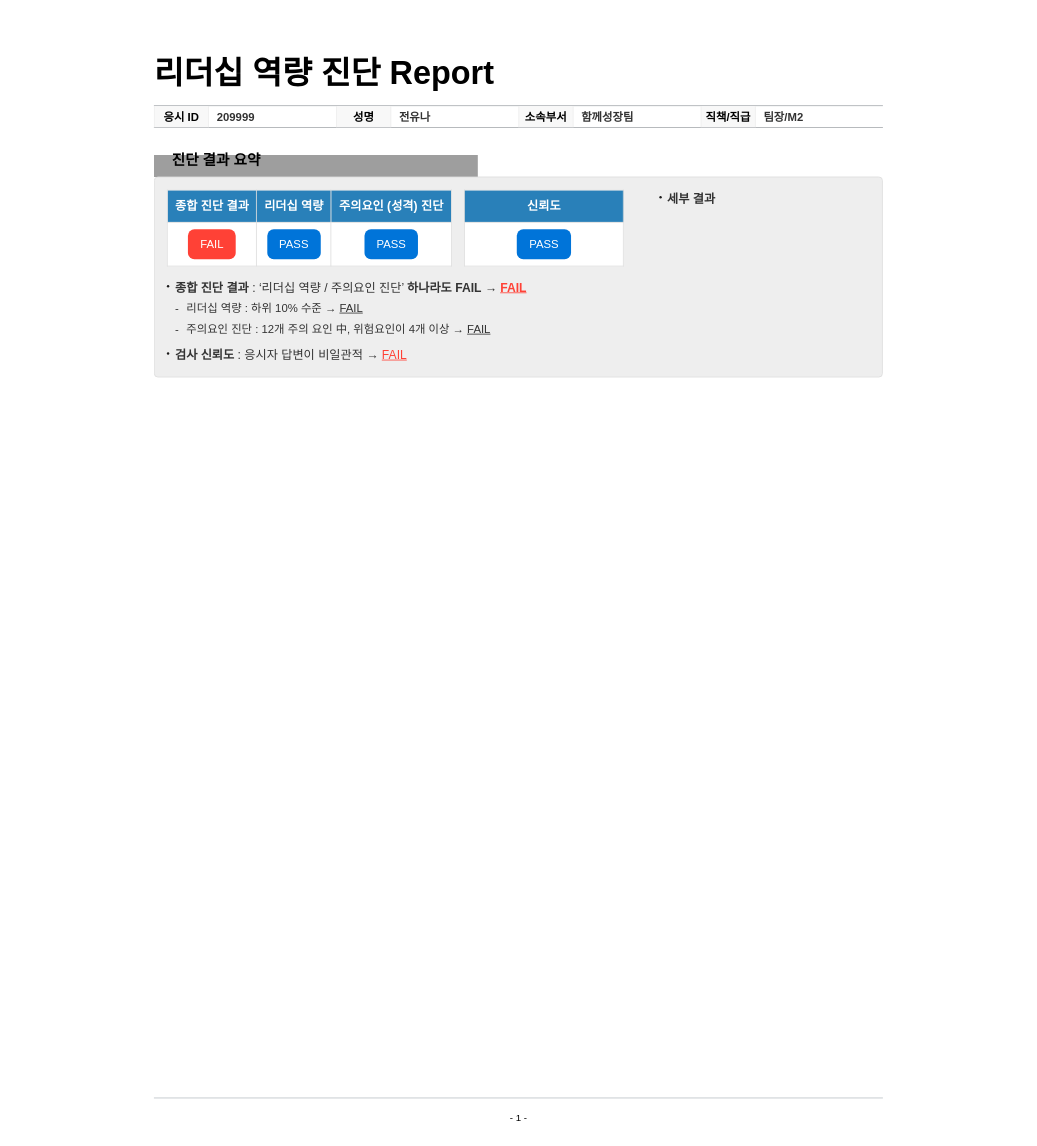
Repository: richosj/report
Page: index.html
These files come from the project's save history. The page is drawn as it stood at one moment and after the next save; the edit follows.
The browser window is 1280 px wide. The pictures show the whole page, at 81% of full size.
Pictures or frames that could not be fetched are drawn as grey boxes. Some web fonts or font styles are not loaded; a fallback is used. The style sheet was rebuilt from its Sass, Less or Tailwind sources for each picture, by a compiler version that may differ from the author's.

Above is the page before, as saved 2024-09-21 22:08:31.

### index.html
<!DOCTYPE html>
<!-- saved from url=(0068)https://hrms.wiselection.com/tools/project/write/personal_report.asp -->
<html xmlns="http://www.w3.org/1999/xhtml"><head><meta http-equiv="Content-Type" content="text/html; charset=UTF-8">

<meta http-equiv="Content-Script-Type" content="text/javascript">
<meta http-equiv="Content-Style-Type" content="text/css">
<title>개인레포트</title>
<link rel="stylesheet" href="https://cdn.jsdelivr.net/gh/orioncactus/pretendard/dist/web/static/pretendard.css" />
<link rel="stylesheet" href="./assets/default.css">
<link rel="stylesheet" href="./assets/common.css">
<link rel="stylesheet" href="./assets/style.css">
<script src="./assets/jquery.min.js"></script>
<script src="./assets/tools.common.js"></script>
<script src="./assets/waitMe.min.js"></script>
<script src="./assets/highcharts.js"></script>
<script src="./assets/highcharts-more.js"></script>
<script src="./assets/exporting.js"></script>
</head>
<body>
<div id="wrap">
    <!-- page 1 Start -->
    <div id="page_layout" data-page="1page">
        <div class="page_in">
            <header class="header" id="header">
                <div class="header_tit">
                    <h1 class="page_title">리더십 역량 진단 Report</h1>
                </div>
                <div class="header_infor">
					<dl><dt>응시 ID</dt><dd class="al_left">209999</dd></dl>
					<dl><dt>성명</dt><dd class="al_left">전유나</dd></dl>
					<dl><dt>소속부서</dt><dd class="al_left">함께성장팀</dd></dl>
					<dl><dt>직책/직급</dt><dd class="al_left">팀장/M2</dd></dl>
  				</div>
            </header>
            <!-- header -->
            <div id="container">
                <div class="section">
                    <h2 class="page_title2">진단 결과 요약</h2>

                    <div class="alert-bg alert-bg-gray page1-content1">
                        <div class="child1">
                            <div class="child1-1">
                                <table class="simple-table">
                                    <thead>
                                        <tr>
                                            <th>종합 진단 결과</th>
                                            <th>리더십 역량</th>
                                            <th>주의요인 (성격) 진단</th>
                                        </tr>
                                    </thead>
                                    <tbody>
                                        <tr>
                                            <td>
                                                <span class="badge badge-danger">FAIL</span>
                                            </td>
                                            <td>
                                                <span class="badge badge-primary">PASS</span>
                                            </td>
                                            <td>
                                                <span class="badge badge-primary">PASS</span>
                                            </td>
                                        </tr>
                                    </tbody>
                                </table>
                            </div>
                            <div class="child1-2">
                                <table class="simple-table">
                                    <thead>
                                        <tr>
                                            <th>신뢰도</th>
                                        </tr>
                                    </thead>
                                    <tbody>
                                        <tr>
                                            <td>
                                                <span class="badge badge-primary">PASS</span>
                                            </td>
                                        </tr>
                                    </tbody>
                                </table>
                            </div>

                            <div class="child1-3">
                                <ul class="list-round">
                                    <li><b>종합 진단 결과</b> : ‘리더십 역량 / 주의요인 진단’ <b>하나라도 FAIL → <span class="u color-danger">FAIL</span></b>
                                        <ul class="list-dash">
                                            <li>리더십 역량 : 하위 10% 수준 → <span class="u">FAIL</span></li>
                                            <li>주의요인 진단 : 12개 주의 요인 中, 위험요인이 4개 이상 → <span class="u">FAIL</span></li>
                                        </ul>
                                    </li>
                                    <li><b>검사 신뢰도</b> : 응시자 답변이 비일관적 → <span class="u color-danger">FAIL</span></li>
                                </ul>
                            </div>

                        </div>
                        <div class="child2">
                            <h3 class="page-title3">세부 결과</h3>

                        </div>
                    </div>

                </div>

            </div>
            <!-- container -->
            <div id="footer">
                <p>- 1 -</p>
            </div>
            <!-- page -->
        </div>
    </div>
    <!-- e: page_layout -->
</div>
<!-- e: wrap -->
</body>
</html>

### assets/default.css
@charset "utf-8";


/* defalut */
html, body, address, blockquote, div, dl, form, h1, h2, h3, h4, h5, h6, ol, p, pre, table, ul,
dd, dt, li, tbody, td, tfoot, th, thead, tr, button, del, ins, map, object,
a, abbr, acronym, b, bdo, big, br, cite, code, dfn, em, i, img, kbd, q, samp, small, span,
strong, sub, sup, tt, var, legend, fieldset {margin:0;padding:0;font-family:"Pretendard", Malgun Gothic,'malgun',"돋움",Dotum,Arial,sans-serif;}

dl,ul,li {list-style:none;line-height: 100%;}
img {/*max-width:100%;*/height:auto;vertical-align:top;border:0 none;}
table {border-collapse:collapse;border-spacing:0;}
caption {width:0px;height:0px;line-height:0;overflow:hidden;font-size:0px;visibility:hidden;}
fieldset {border:0 none;}

a {color:#333;text-decoration:none;}
a:hover {text-decoration:none;}
button {border:0 none;background:none;cursor:pointer;}

html,body {line-height:150%;font-size:14px;font-family: "Pretendard", Malgun Gothic,'malgun',"돋움",Dotum,Arial,sans-serif;color:#333;letter-spacing:0em;}

table,input,textarea,select,legend {
	font-family:"Pretendard", Malgun Gothic,'malgun',"돋움",Dotum,Arial,sans-serif;
	font-size:12px;color:#333;
}
pre {
	font-family:"Pretendard", Malgun Gothic,'malgun',"돋움",Dotum,Arial,sans-serif;
	font-size:14px;color:#333;
}
code {font:inherit;}
* { box-sizing: border-box; }

### assets/style.scss
@import url("./custom.css");

$primary: #0074d9;
$danger: #ff4136;
$gap: 15px;



.u{
    text-decoration: underline;
}

.color-danger{
    color: $danger;
}


/*  배경 */
.alert-bg{
    border-radius: 5px;
    padding: 15px;
    border: 1px solid #ddd;
    &-gray{
        background-color: #eee;
    }
}

.badge{
    display: inline-flex;
    align-items: center;
    justify-content: center;
    height: 37px;
    padding: 0 15px;
    border-radius: 8px;
    color: #fff;
    font-size: 14px;
    font-weight: 500;
    &-danger{
        background-color: $danger;
    }
    &-primary{
        background-color: $primary;
    }
}


table.simple-table {
    width: 100%;
    border-collapse: collapse;
    background-color: #fff;
}

table.simple-table th, table.simple-table td {
    border: 1px solid #ddd;
    padding: 8px;
    text-align: center;
    font-size: 15px;
}

table.simple-table th {
    background-color: #2980B9;
    color: white;
    font-size: 15px;
}

table.simple-table tr:nth-child(even) {
    background-color: #f2f2f2;
}
table.modern-table {
    width: 100%;
    border-collapse: collapse;
    box-shadow: 0 2px 5px rgba(0,0,0,0.15);
}

table.modern-table th, table.modern-table td {
    padding: 12px;
    border-bottom: 1px solid #ddd;
}

table.modern-table th {
    background-color: #34495E;
    color: white;
    font-weight: bold;
}

table.modern-table tr:nth-child(even) {
    background-color: #f9f9f9;
}


table.minimal-table {
    width: 100%;
    border: none;
    border-spacing: 0;
}

table.minimal-table th, table.minimal-table td {
    padding: 10px;
    text-align: left;
}

table.minimal-table tr:nth-child(even) {
    background-color: #f2f2f2;
}

table.minimal-table th {
    border-bottom: 2px solid #2980B9;
    font-size: 1.1rem;
}

.page-title3{
    position: relative;
    padding-left: 10px;
    line-height: 1.5;
    font-size: 15px;
    &::after{
        content:"";
        display: block;
        position: absolute;
        width: 3px;height: 3px;
        background-color: #1a1919;
        border-radius: 50%;
        left: 0;
        top: 8px;
    }
}

.list-round{
    > li{
        position: relative;
        padding-left: 10px;
        line-height: 1.5;
        font-size: 15px;
        &::after{
            content:"";
            display: block;
            position: absolute;
            width: 3px;height: 3px;
            background-color: #1a1919;
            border-radius: 50%;
            left: 0;
            top: 8px;
        }
        &:not(:first-child){
            margin-top: 10px;
        }
        .list-dash{
            margin-top: 4px;
        }
    }
}
.list-dash{
    > li{
        line-height: 1.5;
        position: relative;
        font-size: 14px;
        padding-left: 14px;
        &::after{
            content:"-";
            display: block;
            position: absolute;
            left: 0;
            top: 0;
        }
        &:not(:first-child){
            margin-top: 5px;
        }
    }
}

/* .page1-content1 */
.page1-content1{
    display: flex;
    align-items: flex-start;
    justify-content: space-between;
    gap: 0 5%;
    .child1{
        display: flex;
        align-items: flex-start;
        gap: $gap;
        width: 65%;
        flex-wrap: wrap;
        .child1-1{
            width: calc(65% - $gap);
        }
        .child1-2{
            width: 35%;
        }
        .child1-3{
            width: 100%;
        }
    }
    .child2{
        width: 30%;
    }
}

### assets/custom.scss

.header_infor dl{
    dt{
        background-color: #f8f8f8;
        border-left: 1px solid #eee;
        border-right: 1px solid #eee;
    }
    dd{
        padding-left: 10px;
    }
}

Loaded but not shown: assets/jquery.min.js (library); assets/waitMe.min.js (library); assets/highcharts.js (library); assets/highcharts-more.js (library); assets/exporting.js (library); assets/tools.common.js (1277 lines, source omitted); assets/common.css (849 lines, source omitted)

After the next save:
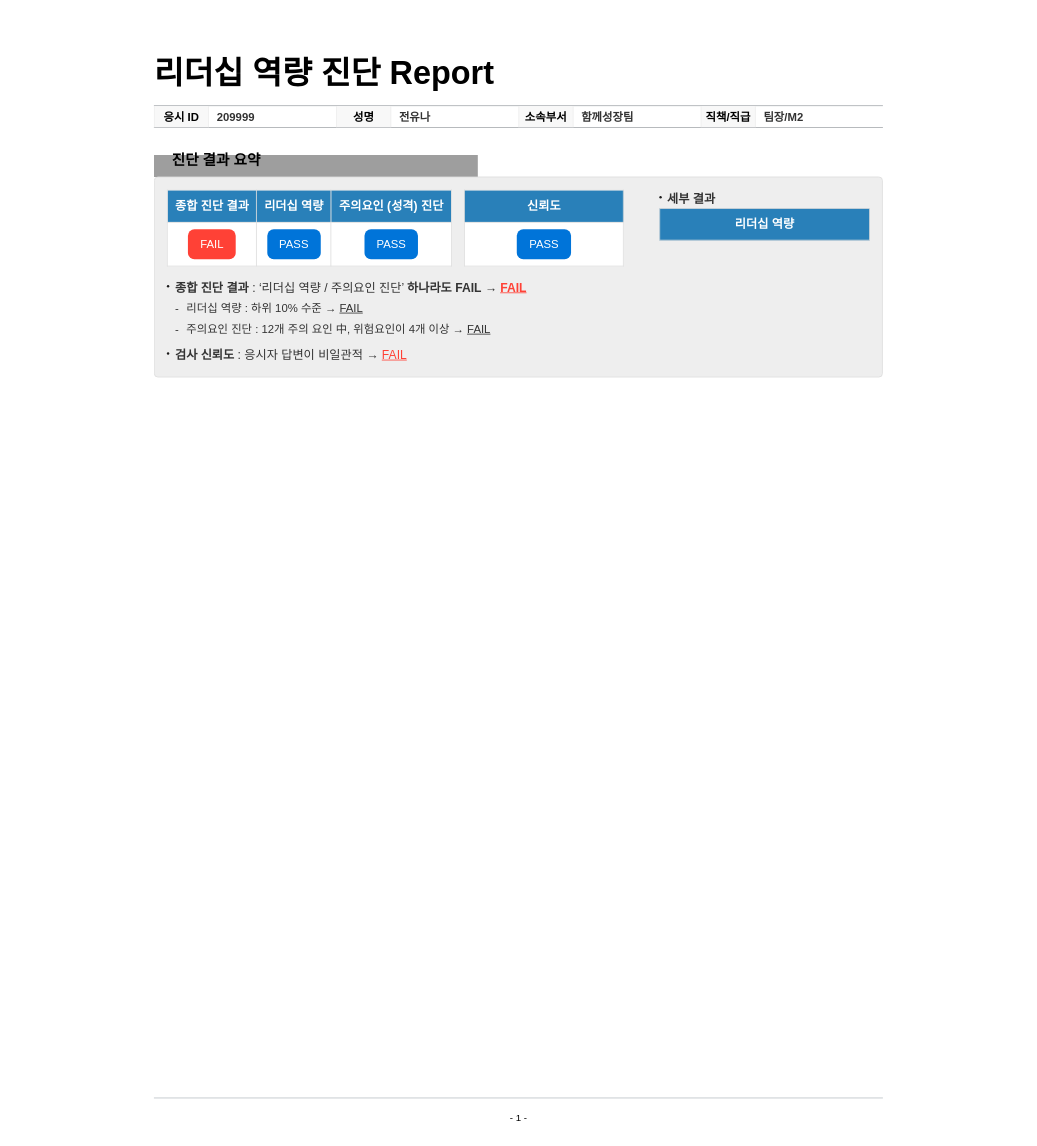
Saved 39 s later.
--- a/index.html
+++ b/index.html
@@ -95,7 +95,13 @@
                         </div>
                         <div class="child2">
                             <h3 class="page-title3">세부 결과</h3>
-
+                            <table class="simple-table">
+                                <thead>
+                                    <tr>
+                                        <th>리더십 역량</th>
+                                    </tr>
+                                </thead>
+                            </table>
                         </div>
                     </div>
 
